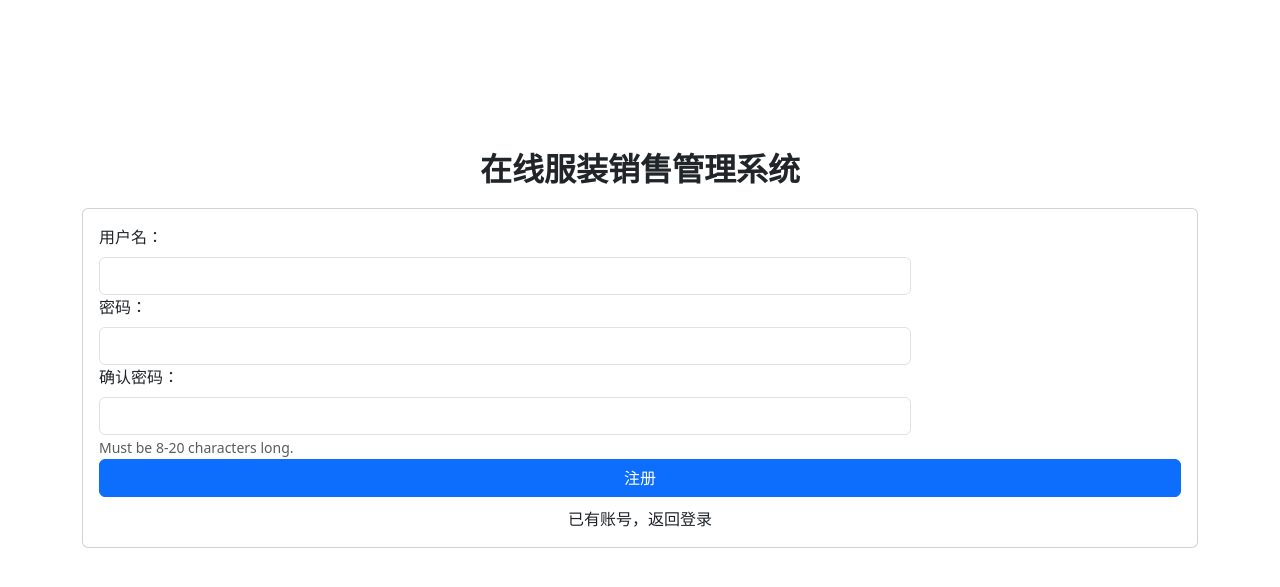
Repository: squawktop/CFS
Page: /user/register (app in web/)
These files come from the project's save history. The page is drawn as it stood at one moment and after a run of saves; the edit follows.
The browser window is 1280 px wide. The pictures show the whole page.
The project was rebuilt for these pictures with package versions that can differ from the ones it lists, and the page was loaded fresh each time. Also part of the build but not shown: web/vue.config.js, web/src/views/LoginView.vue, web/src/components/NavBar.vue, web/src/views/HomeView.vue, web/src/views/UsersManageView.vue, web/src/views/PersonalCenterView.vue, web/src/views/GoodsManageView.vue, web/src/views/OrdersManageView.vue and 1 more.

Above is the page before, as saved 2024-03-23 18:34:11.

After the next 2 saves:
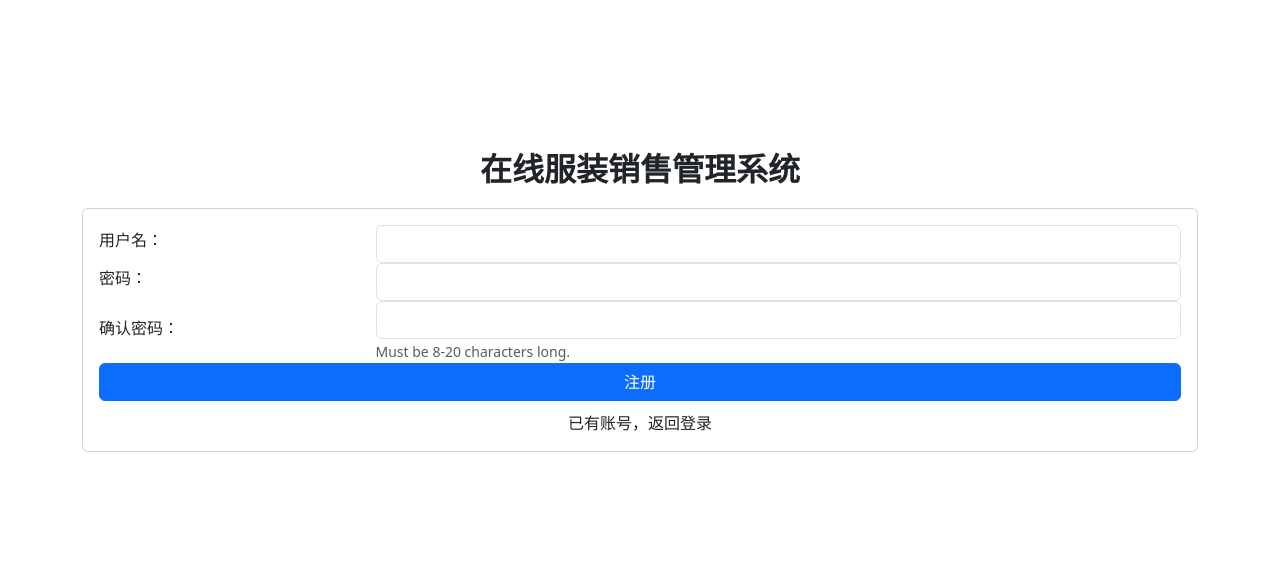
The 2 saves are shown as one change because they came seconds apart.
The last was saved 9 s later.
--- a/web/src/views/RegisterView.vue
+++ b/web/src/views/RegisterView.vue
@@ -25,7 +25,7 @@
                         <button type="submit" class="btn btn-primary">注册</button>
                         <div class="tip" @click="loginview">已有账号，返回登录</div> -->
 
-                        <div class=" align-items-center">
+                        <div class="row  align-items-center">
                             <div class="col-sm-3">
                                 <label for="username" class="form-label">用户名：</label>
                             </div>
